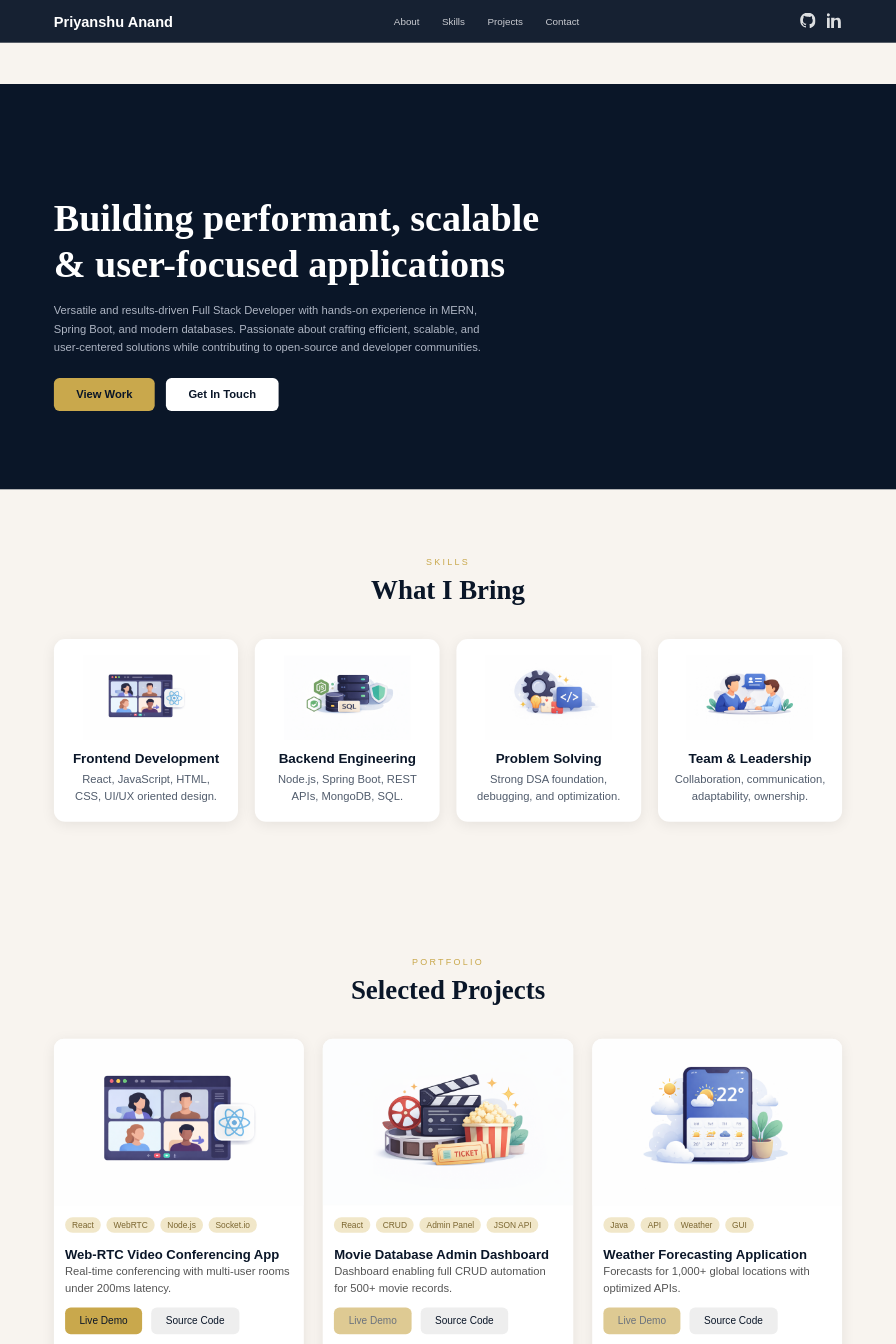
Repository: priyanshuanand12022/My-Portfolio
Page: /
The author's editor kept a copy of each file at every save. The page is drawn from the files as they stood at one save, then again after the next save.
The browser window is 1280 px wide. The pictures show the part of the page from y = 0 to 1920 px (the page is 2866 px tall before and 2746 px after), at 70% of full size.
The project was rebuilt for these pictures with package versions that can differ from the ones it lists, and the page was loaded fresh each time. Also part of the build but not shown: vite.config.js.

Above is the page before, as saved 2026-02-25 22:58:44.

After the next save:
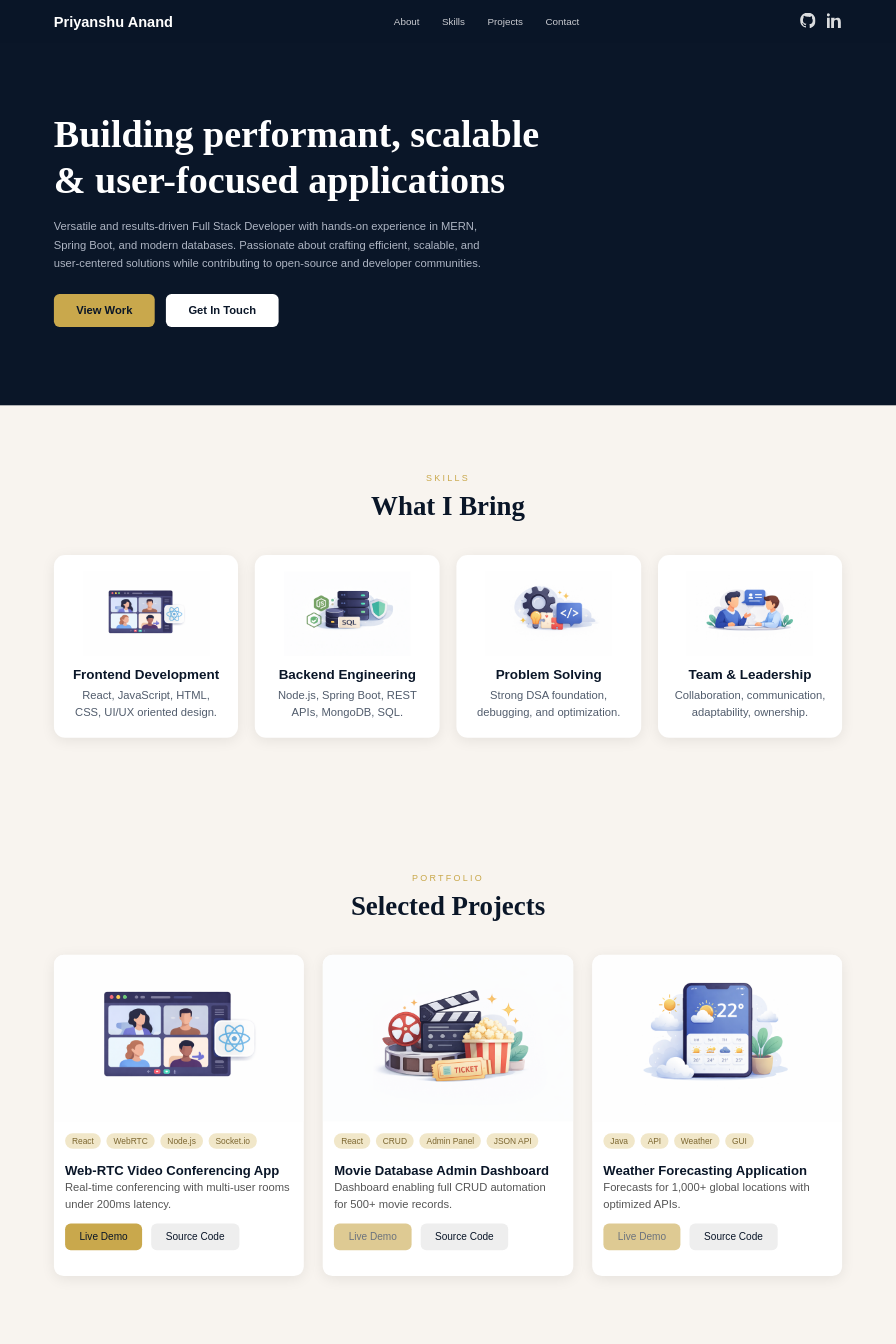
Saved 5 min 53 s later.
--- a/src/Portfolio.css
+++ b/src/Portfolio.css
@@ -78,11 +78,6 @@ body {
   transform: scale(1.15);
 }
 
-/* Prevent hero from hiding behind navbar */
-.hero {
-  margin-top: 120px;
-}
-
 /* ================= HERO ================= */
 .hero {
   background: #0a1628;
